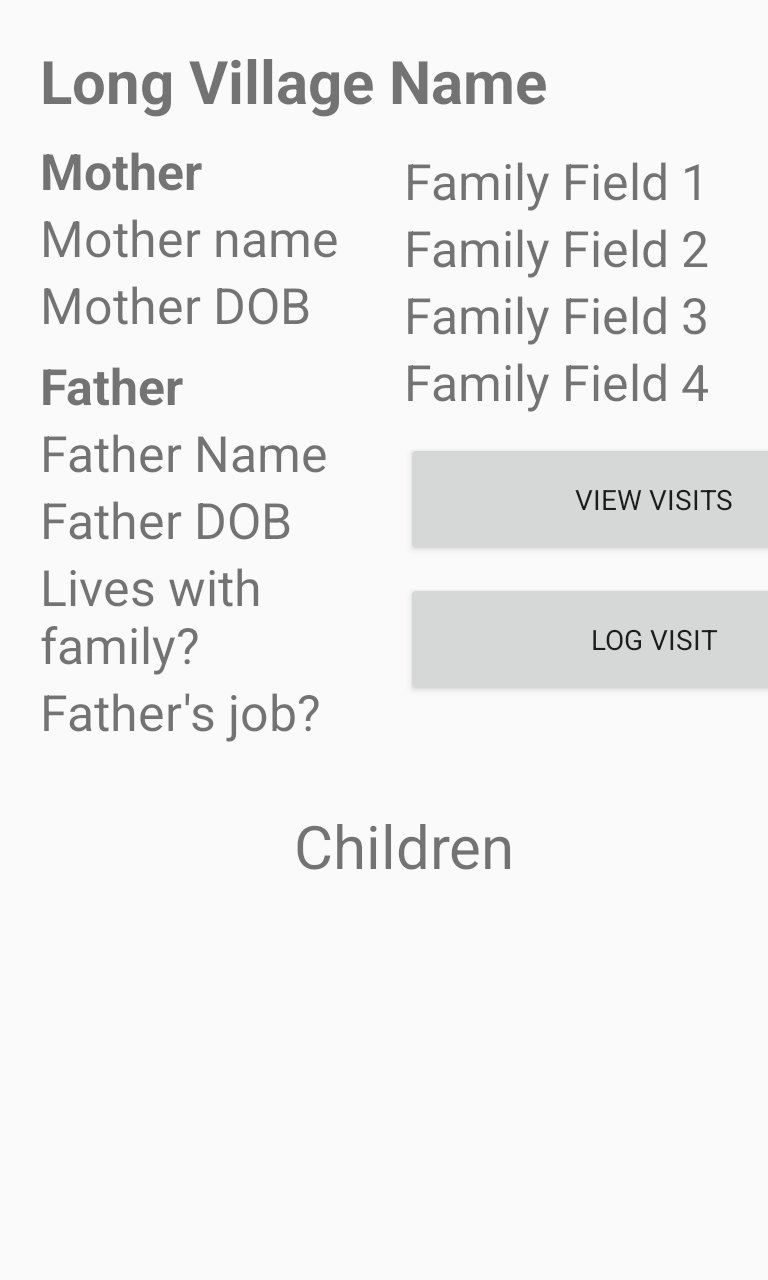
Repository: achavez812/GuatemalaProject2
Layout: GuateMedic-master/GuateMedic/res/layout/activity_view_family1.xml
The author's editor kept a copy of each file at every save. The layout is drawn from the files as they stood at one save, then again after the next save.
It is drawn on a 768 x 1280 px phone screen (xhdpi) without system bars, with theme AppTheme; the app's code is not run.

Above is the layout before, as saved 2014-07-05 09:49:46.

After the next save:
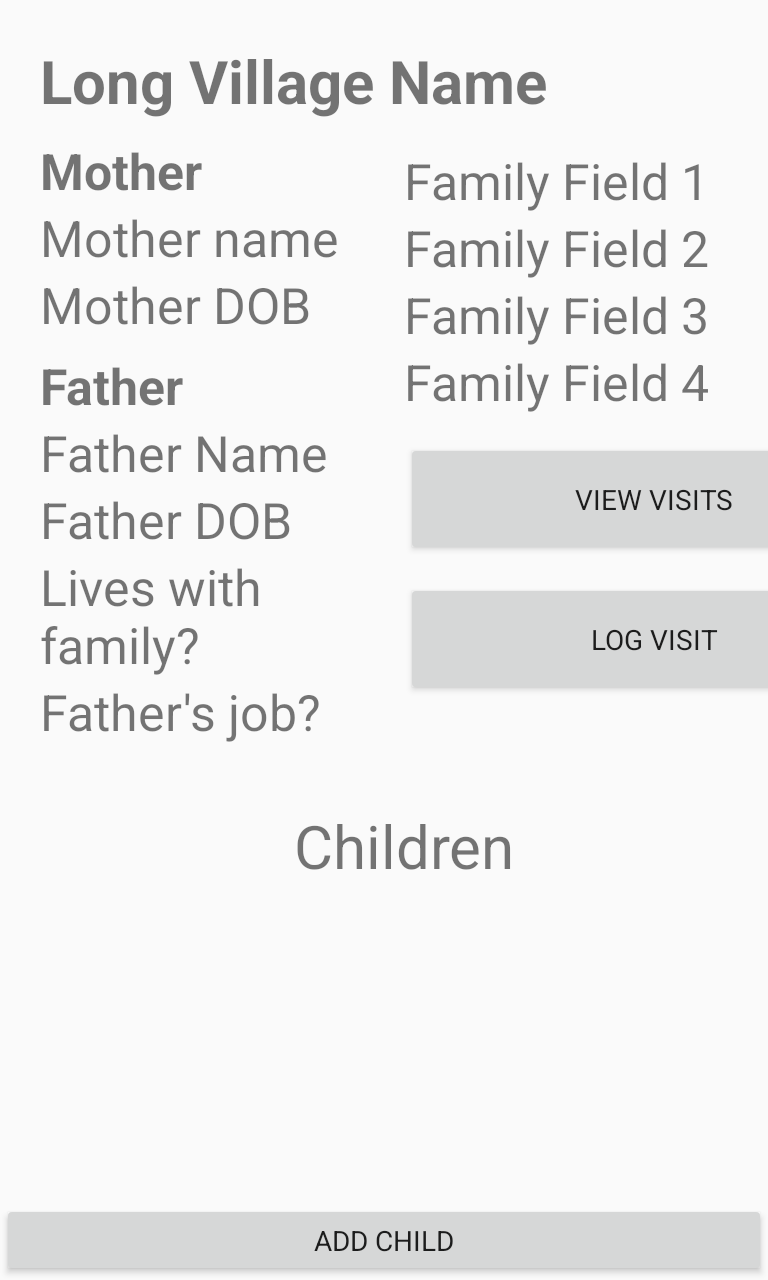
Saved 52 s later.
--- a/GuateMedic-master/GuateMedic/res/layout/activity_view_family1.xml
+++ b/GuateMedic-master/GuateMedic/res/layout/activity_view_family1.xml
@@ -9,12 +9,12 @@
 	    android:id="@+id/view_family_add_child_button"
 	    android:layout_width="fill_parent"
 	    android:layout_height="40dp"
-	    android:layout_below="@id/top_linear_layout"
 	    android:layout_alignParentBottom="true"
 	    android:text="Add Child" />
 
 	<LinearLayout
 	    android:id="@+id/top_linear_layout"
+	    android:layout_above="@id/view_family_add_child_button"
 	    android:layout_width="match_parent"
 	    android:layout_height="fill_parent"
 	    android:paddingLeft="20dp"

After the 3 saves that followed:
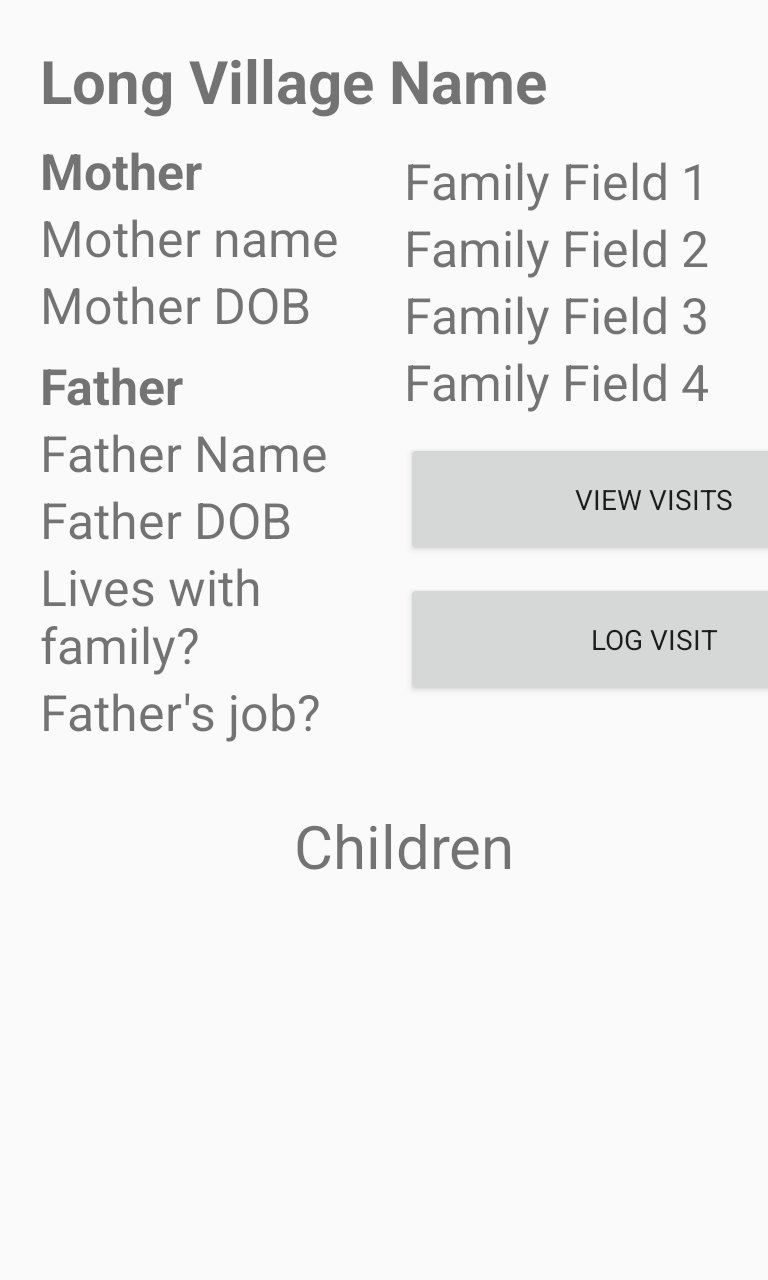
The 3 saves are shown as one change because 2 left the picture as it was.
The last was saved 110 s later.
--- a/GuateMedic-master/GuateMedic/res/layout/activity_view_family1.xml
+++ b/GuateMedic-master/GuateMedic/res/layout/activity_view_family1.xml
@@ -5,16 +5,8 @@
 	android:layout_width="match_parent"
 	android:layout_height="match_parent">
 
-	<Button
-	    android:id="@+id/view_family_add_child_button"
-	    android:layout_width="fill_parent"
-	    android:layout_height="40dp"
-	    android:layout_alignParentBottom="true"
-	    android:text="Add Child" />
-
 	<LinearLayout
 	    android:id="@+id/top_linear_layout"
-	    android:layout_above="@id/view_family_add_child_button"
 	    android:layout_width="match_parent"
 	    android:layout_height="fill_parent"
 	    android:paddingLeft="20dp"
@@ -177,4 +169,12 @@
 
 	</LinearLayout>
 
+	<Button
+	    android:id="@+id/view_family_add_child_button"
+	    android:layout_width="fill_parent"
+	    android:layout_height="40dp"
+	    android:layout_below="@id/top_linear_layout"
+	    android:layout_alignParentBottom="true"
+	    android:text="Add Child"
+	    />
 </RelativeLayout>
